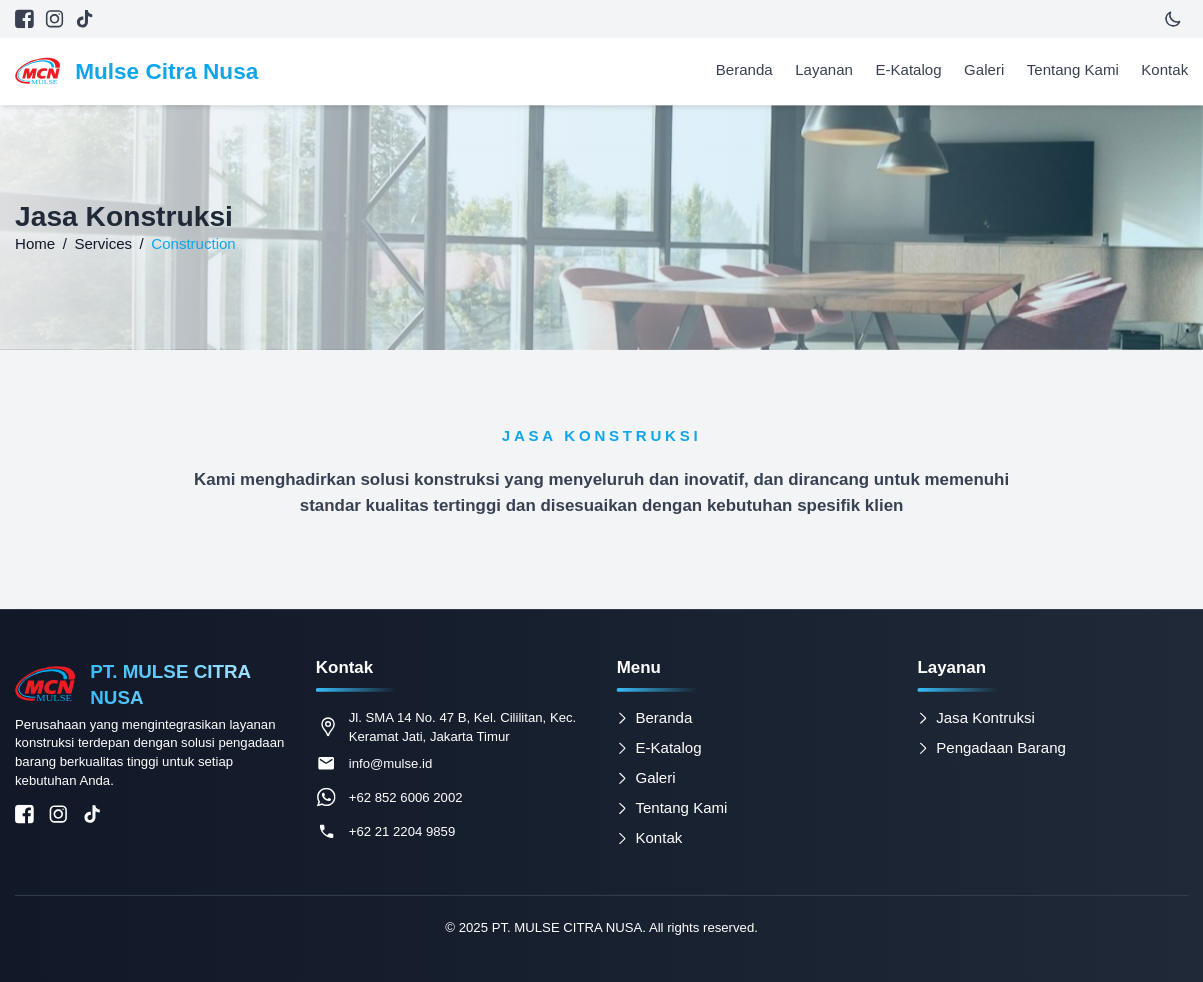
Repository: PrasBaldin/next-mulse
Page: /services/construction
An editor plug-in stored every save of this project. The page is shown before and after the next save, followed by the edit.
The browser window is 1280 px wide. The pictures show the whole page, at 94% of full size.
The project was rebuilt for these pictures with package versions that can differ from the ones it lists, and the page was loaded fresh each time. The framework's server and built-in components were replaced by stand-ins that run in the browser. Also part of the build but not shown: next.config.ts.

Above is the page before, as saved 2025-02-26 13:23:25.

### app/layout.tsx
import type { Metadata } from "next";
import { Geist, Geist_Mono } from "next/font/google";
import "./globals.css";
import Navbar from "@/components/navbar";
import Footer from "@/components/footer";

const geistSans = Geist({
  variable: "--font-geist-sans",
  subsets: ["latin"],
});

const geistMono = Geist_Mono({
  variable: "--font-geist-mono",
  subsets: ["latin"],
});

export const metadata: Metadata = {
  title: "Mulse",
  description: "Selamat datang di PT. Mulse Citra Nusa, kami menyediakan barang dan jasa sesuai kebutuhan Anda.",
};

export default function RootLayout({
  children,
}: Readonly<{
  children: React.ReactNode;
}>) {
  return (
    <html lang="en">
      <body className={`${geistSans.variable} ${geistMono.variable} antialiased`} >
        <Navbar />
        {children}
        <Footer />
      </body>
    </html>
  );
}

### app/services/construction/page.tsx
import Link from "next/link";

const ConstructionPage = () => {
  return (
    <>
      <section className="mt-[72px] lg:mt-[112px]">
        <div className="banner">
          <div className="banner-mask"></div>
          <div className="container z-[1] relative">
            <div className="banner-content">
              <h4 className="text-3xl font-bold text-gray-800 dark:text-gray-100 transition duration-500 ease-in-out">
                Jasa Konstruksi
              </h4>
              <ul className="breadcrumbs">
                <li>
                  <Link
                    href="/"
                    className="text-gray-900 dark:text-gray-100 transition duration-500 ease-in-out"
                  >
                    Home
                  </Link>
                </li>
                <li className="text-gray-900 dark:text-gray-100 transition duration-500 ease-in-out">
                  /
                </li>
                <li>
                  <Link
                    href="/"
                    className="text-gray-900 dark:text-gray-100 transition duration-500 ease-in-out"
                  >
                    Services
                  </Link>
                </li>
                <li className="text-gray-900 dark:text-gray-100 transition duration-500 ease-in-out">
                  /
                </li>
                <li>
                  <Link href="/gallery" className="text-sky-500">
                    Construction
                  </Link>
                </li>
              </ul>
            </div>
          </div>
        </div>
      </section>
      <section className="py-20">
        <div className="container text-center">
          <h4 className="mb-3 text-sky-500 font-semibold tracking-[.25em] uppercase">
            Jasa Konstruksi
          </h4>
          <h3 className="py-2 my-2 mx-auto w-3/4 text-gray-700 dark:text-gray-100 transition duration-500 ease-in-out text-lg font-semibold">
            Kami menghadirkan solusi konstruksi yang menyeluruh dan inovatif,
            dan dirancang untuk memenuhi standar kualitas tertinggi dan
            disesuaikan dengan kebutuhan spesifik klien
          </h3>
        </div>
      </section>
    </>
  );
};

export default ConstructionPage;

### app/globals.css
@tailwind base;
@tailwind components;
@tailwind utilities;

:root {
  --background: #ffffff;
  --foreground: #171717;
}

@media (prefers-color-scheme: dark) {
  :root {
    --background: #0a0a0a;
    --foreground: #ededed;
  }
}

body {
  font-family: Arial, Helvetica, sans-serif;
  @apply bg-gray-100 dark:bg-gray-700;
}

.container {
  @apply mx-auto px-4;
}

.btn {
  @apply px-4 py-3 rounded-lg transition duration-500 ease-in-out;
}

.btn-primary {
  @apply bg-sky-600 hover:bg-sky-700 dark:hover:bg-sky-700 text-gray-100 hover:text-gray-300;
}

.btn-secondary {
  @apply bg-gray-100 hover:bg-gray-300 dark:hover:bg-gray-300 text-gray-800;
}

.btn-primary-border {
  @apply bg-transparent hover:bg-sky-500 dark:hover:bg-sky-500 border-2 border-sky-500 text-sky-500 dark:text-sky-500 hover:text-white dark:hover:text-white;
}

.banner {
  background-image: url("/img/banner-2.jpg");
  background-size: cover;
  @apply py-[100px] relative;
}

.banner-mask {
  @apply absolute inset-0 bg-gradient-to-r from-gray-100/90 to-sky-500/20 dark:from-gray-800/90 dark:to-sky-500/20 transition duration-500 ease-in-out z-[0];
}

.breadcrumbs {
  @apply flex gap-2 font-medium;
}

### components/navbar.css
.utility-bar {
  @apply hidden lg:block absolute top-0 w-full py-1 bg-gray-100 dark:bg-gray-700 transition duration-500 ease-in-out z-10;
}

.utility-content {
  @apply w-auto flex gap-2;
}

.social-media-link {
  @apply mr-3 text-gray-700 dark:text-gray-100 hover:text-sky-500 dark:hover:text-sky-500 transition duration-300;
}

.navbar {
  @apply bg-white dark:bg-gray-800 transition duration-500 ease-in-out shadow-md top-0 lg:top-[40px] fixed lg:absolute w-full z-20;
}

.nav-link {
  @apply text-gray-700 hover:text-sky-500 dark:hover:text-sky-500 dark:text-gray-100 py-5 transition duration-500 ease-in-out border-b-2 border-transparent hover:border-sky-500 flex items-center;
}

.nav-dropdown {
  @apply bg-white dark:bg-gray-800 absolute top-[4rem] -left-2 w-auto pt-2 p-3 border-2 border-sky-300 dark:border-sky-800 border-t-sky-500 dark:border-t-sky-500 shadow-xl rounded-lg overflow-visible transition-all duration-300 transform;
}

.nav-link-dropdown {
  @apply text-gray-700 hover:text-sky-500 dark:hover:text-sky-500 dark:text-gray-100 pt-2 pb-1 transition duration-500 ease-in-out hover:bg-gray-100 dark:hover:bg-gray-700 rounded border-b border-gray-200 hover:border-sky-500 block mt-2 px-2;
}

.nav-link-mobile {
  @apply hover:bg-gray-100 dark:hover:bg-gray-700 text-gray-700 hover:text-sky-500 dark:hover:text-sky-500 dark:text-gray-100 py-2 pl-2 border-b border-gray-200 hover:border-sky-500 rounded transition;
}

.hamburger {
  @apply absolute w-6 h-[3px] bg-gray-800 dark:bg-gray-100 rounded transition duration-500 ease-in-out;
}

.dropdown-arrow {
  @apply border-b-2 border-r-2 border-gray-700 dark:border-gray-100 ml-2 w-3 h-3 transition duration-500 ease-in-out;
}

.nav-link-mobile:hover .dropdown-arrow {
  @apply border-sky-500;
}

### components/toggleDarkMode.tsx
"use client";
import { useState, useEffect } from "react";
import IconDarkMode from "../app/_assets/icon/iconDarkmode";
import IconLightMode from "../app/_assets/icon/iconLightmode";

import "./toggleDarkMode.css";

const ToggleDarkMode = () => {
  const [isDarkMode, setIsDarkMode] = useState(false);
  useEffect(() => {
    const storedTheme = localStorage.getItem("theme");
    setIsDarkMode(storedTheme === "dark");
  }, []);

  useEffect(() => {
    if (isDarkMode) {
      document.documentElement.classList.add("dark");
      localStorage.setItem("theme", "dark");
    } else {
      document.documentElement.classList.remove("dark");
      localStorage.setItem("theme", "light");
    }
  }, [isDarkMode]);

  return (
    <>
      {/* Mobile */}
      <button
        onClick={() => setIsDarkMode(!isDarkMode)}
        className="lg:hidden btn h-11 flex items-center"
        style={{ padding: ".5rem" }}
      >
        <div className="block">
          <div className="absolute flex items-center gap-2">
            <div
              className={`toggle-dark-mode-mobile gap-2 ${
                isDarkMode ? "opacity-100 rotate-0" : "opacity-0 rotate-90"
              }`}
            >
              <IconLightMode />
            </div>
            <span
              className={`text-gray-700 dark:text-gray-300 ${
                isDarkMode ? "opacity-100" : "opacity-0"
              }`}
            >
              Light Mode
            </span>
          </div>
          <div className="flex items-center gap-2">
            <div
              className={`toggle-dark-mode-mobile gap-2 ${
                isDarkMode ? "opacity-0 -rotate-90" : "opacity-100 rotate-0"
              }`}
            >
              <IconDarkMode />
            </div>
            <span
              className={`text-gray-700 dark:text-gray-300 ${
                isDarkMode ? "opacity-0" : "opacity-100"
              }`}
            >
              Night Mode
            </span>
          </div>
        </div>
      </button>

      {/* Desktop */}
      <button
        onClick={() => setIsDarkMode(!isDarkMode)}
        className="btn hidden lg:block btn w-8 h-8 relative overflow-hidden"
      >
        <div
          className={`toggle-dark-mode ${
            isDarkMode ? "opacity-100 rotate-0" : "opacity-0 rotate-90"
          }`}
        >
          <IconLightMode />
        </div>
        <div
          className={`toggle-dark-mode ${
            isDarkMode ? "opacity-0 -rotate-90" : "opacity-100 rotate-0"
          }`}
        >
          <IconDarkMode />
        </div>
      </button>
    </>
  );
};

export default ToggleDarkMode;

### components/footer.css
footer table tr a {
    @apply transition duration-300
}

footer table tr:hover a {
    @apply text-sky-400
}

### app/_assets/icon/iconDarkmode.tsx
import React from "react";

const IconDarkmode = () => {
    return (
        <svg xmlns="http://www.w3.org/2000/svg" className="h-5 w-5 text-gray-700 dark:text-gray-100" fill="none" viewBox="0 0 24 24" stroke="currentColor">
            <path strokeLinecap="round" strokeLinejoin="round" strokeWidth={2} d="M20.354 15.354A9 9 0 018.646 3.646 9.003 9.003 0 0012 21a9.003 9.003 0 008.354-5.646z" />
        </svg>
    )
}

export default IconDarkmode

### app/_assets/icon/iconLightmode.tsx
import React from "react";

const IconLightMode = () => {
    return (
        <svg xmlns="http://www.w3.org/2000/svg" className="h-5 w-5 text-gray-100" fill="none" viewBox="0 0 24 24" stroke="currentColor">
            <path strokeLinecap="round" strokeLinejoin="round" strokeWidth="2" d="M12 3v1m0 16v1m9-9h-1M4 12H3m15.364 6.364l-.707-.707M6.343 6.343l-.707-.707m12.728 0l-.707.707M6.343 17.657l-.707.707" />
            <circle cx="12" cy="12" r="3" stroke="currentColor" strokeWidth="2" fill="none" />
        </svg>
    )
}

export default IconLightMode

### components/toggleDarkMode.css
.toggle-dark-mode {
    @apply absolute top-0 bottom-0 left-0 right-0 flex items-center justify-center transition-all duration-500 transform
}

.toggle-dark-mode-mobile {
    @apply flex items-center justify-center transition-all duration-500 transform
}

### tailwind.config.ts
import type { Config } from "tailwindcss";

export default {
  darkMode: 'class',
  content: [
    "./pages/**/*.{js,ts,jsx,tsx,mdx}",
    "./components/**/*.{js,ts,jsx,tsx,mdx}",
    "./app/**/*.{js,ts,jsx,tsx,mdx}"
  ],
  theme: {
    extend: {
      width: {
        '11': '2.75rem',
      },
      height: {
        '11': '2.75rem',
      },
      colors: {
        background: "var(--background)",
        foreground: "var(--foreground)",
      },
    },
  },
  plugins: [],
} satisfies Config;

Loaded but not shown: components/footer.tsx (503 lines, source omitted); components/navbar.tsx (283 lines, source omitted)

After the next save:
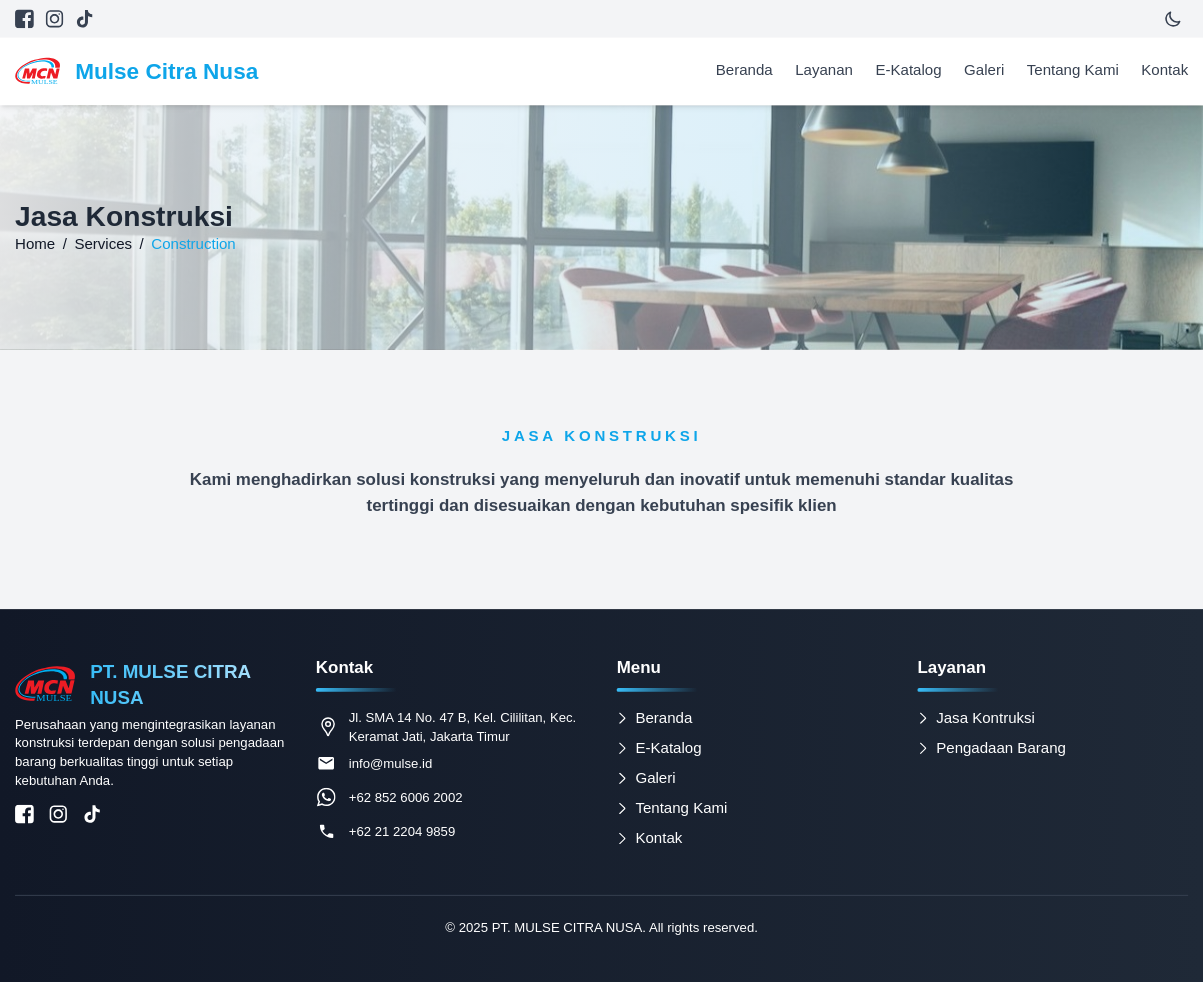
Saved 21 s later.
--- a/app/services/construction/page.tsx
+++ b/app/services/construction/page.tsx
@@ -50,9 +50,9 @@
             Jasa Konstruksi
           </h4>
           <h3 className="py-2 my-2 mx-auto w-3/4 text-gray-700 dark:text-gray-100 transition duration-500 ease-in-out text-lg font-semibold">
-            Kami menghadirkan solusi konstruksi yang menyeluruh dan inovatif,
-            dan dirancang untuk memenuhi standar kualitas tertinggi dan
-            disesuaikan dengan kebutuhan spesifik klien
+            Kami menghadirkan solusi konstruksi yang menyeluruh dan inovatif
+            untuk memenuhi standar kualitas tertinggi dan disesuaikan dengan
+            kebutuhan spesifik klien
           </h3>
         </div>
       </section>
